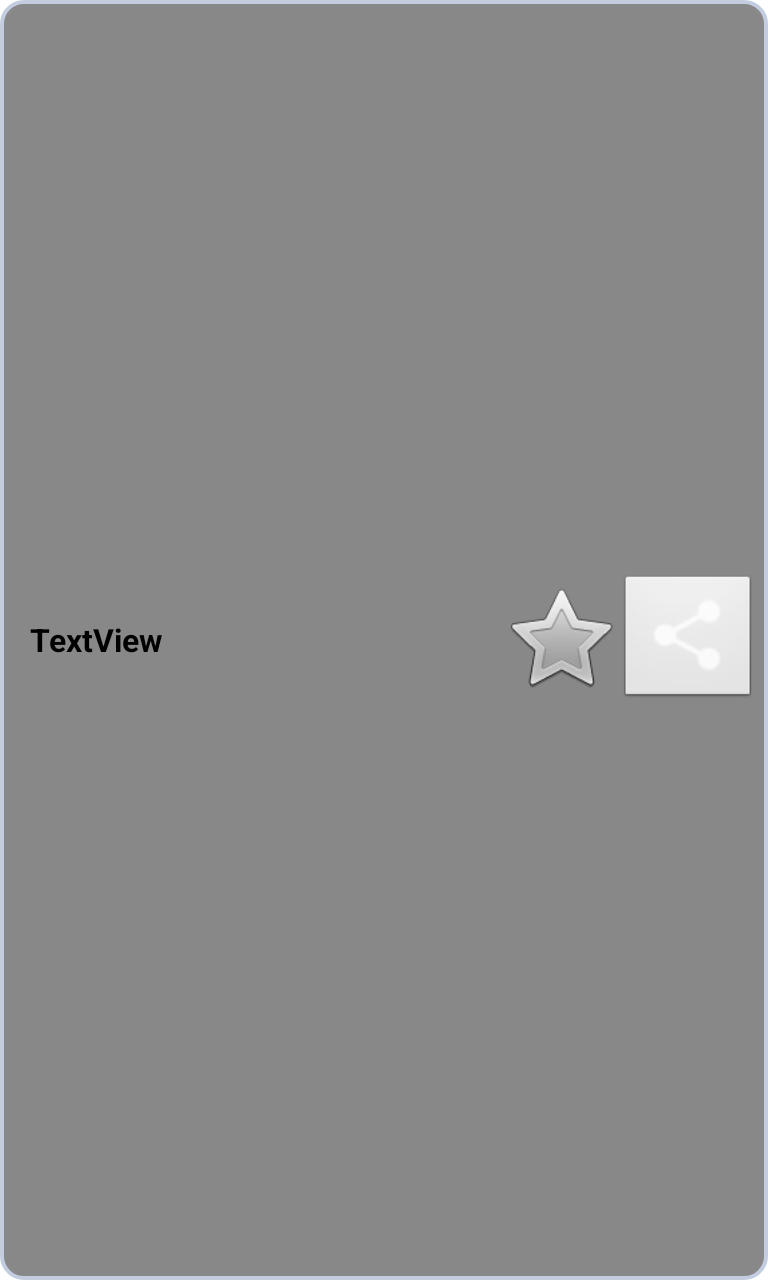
Repository: vinothsridhar/CrickBuzzChallenge
Layout: CricBuzzAndroidApp/res/layout/playlist_item.xml
An editor plug-in stored every save of this project. The layout is shown before and after the next save, followed by the edit.
It is drawn on a 768 x 1280 px phone screen (xhdpi) without system bars, with theme AppTheme; the app's code is not run.

Above is the layout before, as saved 2014-12-20 16:40:02.

After the next save:
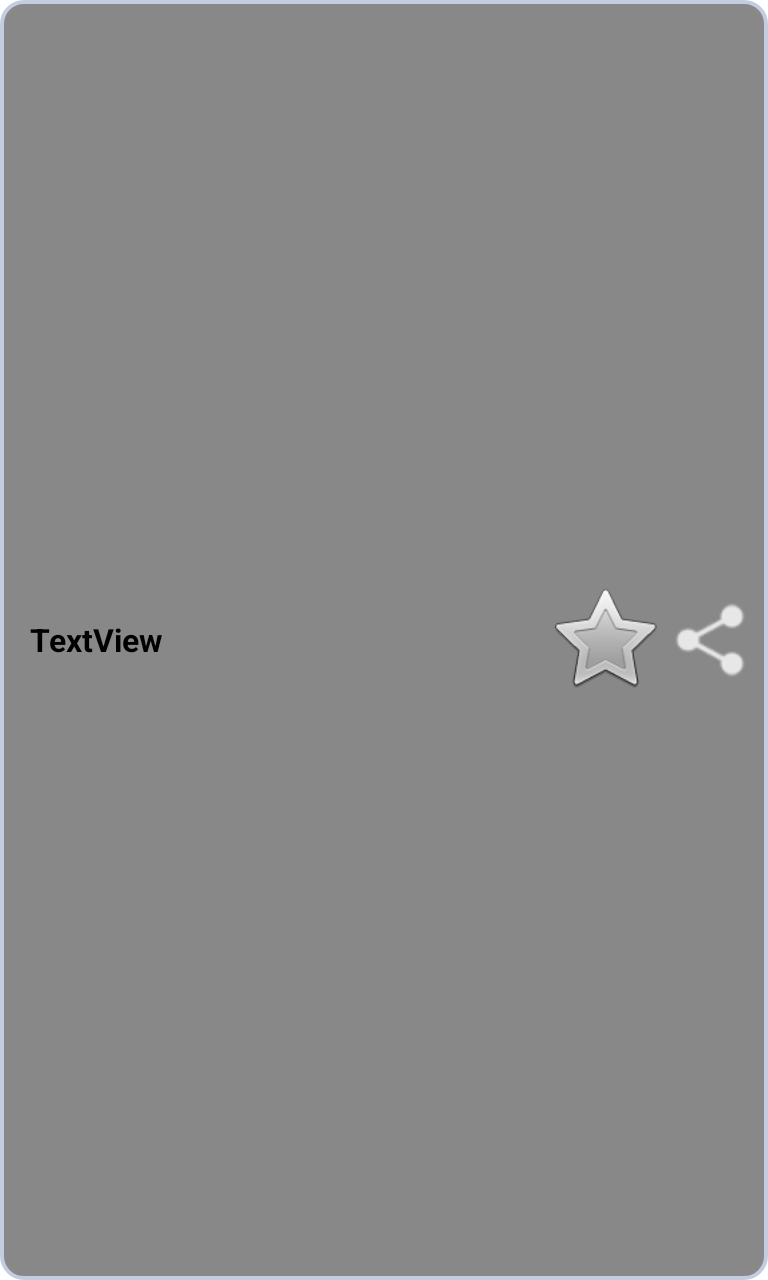
Saved 13 s later.
--- a/CricBuzzAndroidApp/res/layout/playlist_item.xml
+++ b/CricBuzzAndroidApp/res/layout/playlist_item.xml
@@ -30,6 +30,7 @@
         android:layout_width="wrap_content"
         android:layout_height="wrap_content"
         android:layout_weight="0"
+        android:background="@android:color/transparent"
         android:src="@drawable/ic_share" />
 
 </LinearLayout>
